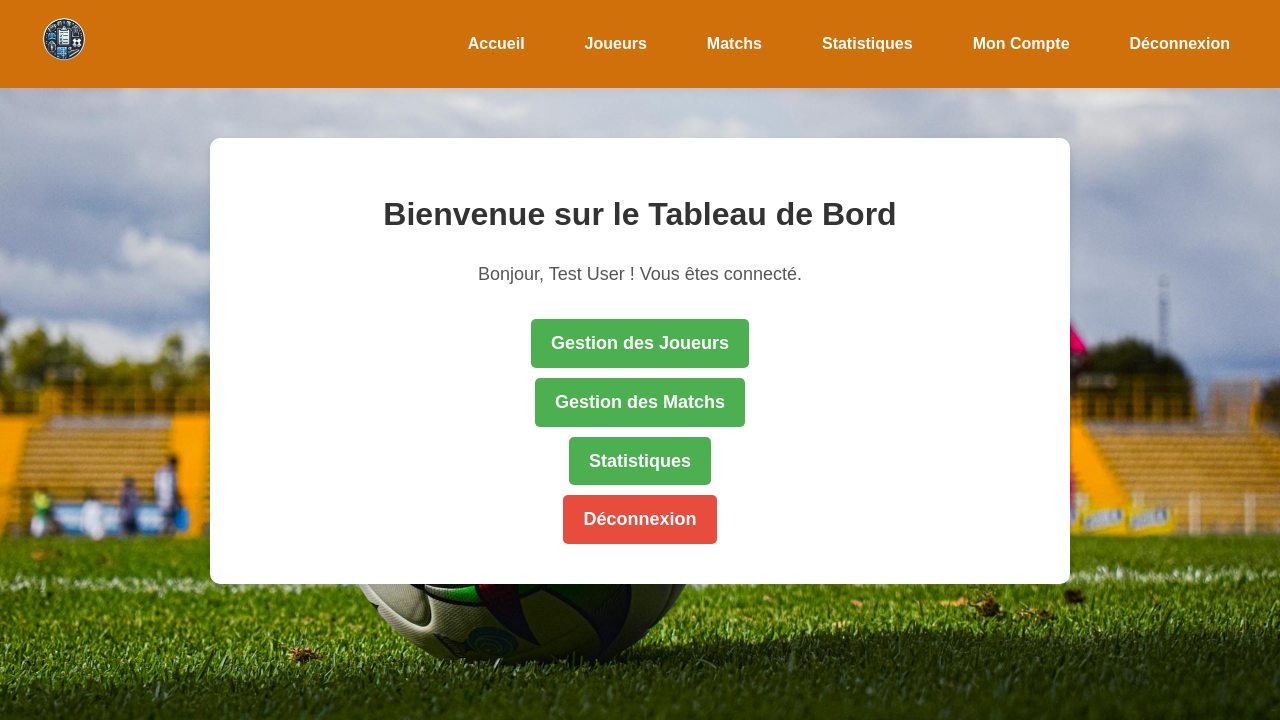
Repository: iisloomx/R401_MiniProjet
Page: http://localhost/views/dashboard.php
These files come from the project's save history. The page is drawn as it stood at one moment and after the next save; the edit follows.
The browser window is 1280 px wide. The pictures show the whole page.
The page is run by PHP 8.4 with error messages shown; the project is at /var/www/html/. The session is filled in as if someone had signed in: {"id_utilisateur": 1, "utilisateur": "Test User"}. Other server files are loaded and not shown.

Above is the page before, as saved 2025-01-19 04:17:24.

### views/dashboard.php
<?php
session_start(); // Démarrez la session au début du fichier

if (!isset($_SESSION['utilisateur'])) {
    header("Location: connexion.php");
    exit();
}

include 'header.php';
?>

<!DOCTYPE html>
<html lang="fr">

<head>
    <meta charset="UTF-8">
    <title>Tableau de Bord</title>
    <link rel="stylesheet" href="css/dashboard_style.css">
</head>

<body>
    <div class="table-container">
        <div class="dashboard-container">
            <h1>Bienvenue sur le Tableau de Bord</h1>
            <?php if (isset($_SESSION['utilisateur'])) : ?>
                <p>Bonjour, <?= htmlspecialchars($_SESSION['utilisateur']); ?> ! Vous êtes connecté.</p>
            <?php else : ?>
                <p>Erreur : Utilisateur non connecté.</p>
            <?php endif; ?>

            <nav>
                <ul>
                    <li><a href="../controllers/JoueursController.php?action=liste">Gestion des Joueurs</a></li>
                    <li><a href="../controllers/MatchsController.php?action=liste">Gestion des Matchs</a></li>
                    <li><a href="../controllers/StatistiquesController.php?action=index">Statistiques</a></li> <!-- Nouveau bouton -->
                    <li><a href="../controllers/DeconnexionController.php" class="deconnexion">Déconnexion</a></li>
                </ul>
            </nav>
        </div>
    </div>
</body>

</html>

<?php include 'footer.php'; ?>

### views/header.php
<!DOCTYPE html>
<html lang="fr">
<head>
    <meta charset="UTF-8">
    <title>Tableau de Bord</title>
    <link rel="stylesheet" href="/MiniprojetR3.01/views/css/style.css">

</head>
<body>
    <header class="main-header">
        <div class="logo">
            <a href="/MiniprojetR3.01/views/dashboard.php"><img src="../img/logo.PNG" alt="Logo" /></a>
        </div>

        <nav class="nav-links">
            <a href="/MiniprojetR3.01/views/dashboard.php">Accueil</a>
            <?php if (isset($_SESSION['utilisateur'])) : ?>

                    <a href="../controllers/JoueursController.php?action=liste">Joueurs</a>
                    <a href="../controllers/MatchsController.php?action=liste  ">Matchs</a>
                    <a href="../controllers/StatistiquesController.php?action=index">Statistiques</a>

                <a href="/MiniprojetR3.01/views/mon_compte.php" class="btn-account">Mon Compte</a>
                <a href="/MiniprojetR3.01/controllers/DeconnexionController.php" class="btn-logout">Déconnexion</a>
            <?php endif; ?>
        </nav>
    </header>
</body>
</html>

### views/css/style.css
/* Global Styles */
body {
    background: url('../img/BGROUND.jpg') no-repeat center center fixed;
    background-size: cover;
    font-family: Arial, sans-serif;
    margin: 0;
    padding: 0;
    line-height: 1.6;
    color: #333;
}

/* Header Styles */
.main-header {
    display: flex;
    align-items: center;
    justify-content: space-between;
    background-color: #cf700b;
    padding: 15px 30px;
    color: #fff;
    box-shadow: 0 4px 8px rgba(216, 117, 12, 0.1);
    position: sticky;
    top: 0;
    z-index: 1000;
}

.dropdown {
    position: relative;
    display: inline-block;
}

.dropdown-content {
    display: none;
    position: absolute;
    background-color: #f9f9f9;
    min-width: 160px;
    box-shadow: 0px 8px 16px 0px rgba(0,0,0,0.2);
    z-index: 1;
}

.dropdown-content a {
    color: black;
    padding: 12px 16px;
    text-decoration: none;
    display: block;
}



.logo img {
    height: 50px;
}

.nav-links {
    display: flex;
    align-items: center;
}

.nav-links a {
    color: #fff;
    text-decoration: none;
    font-weight: bold;
    margin-left: 20px;
    padding: 10px 20px;
    border-radius: 5px;
    transition: background-color 0.3s ease, color 0.3s ease, transform 0.2s ease;
}

.nav-links a:hover {
    background-color: #f4a261;
    color: #333;
    transform: scale(1.05);
}

.table-container {
    max-width: 800px;
    margin: 50px auto;
    background-color: #fff;
    padding: 30px;
    border-radius: 10px;
    box-shadow: 0 4px 8px rgba(0,0,0,0.1);
    text-align: center;
}

/* Container Styles */
.container {
    max-width: 800px;
    margin: 50px auto;
    padding: 30px;
    background-color: #fff;
    border-radius: 10px;
    box-shadow: 0 4px 8px rgba(0, 0, 0, 0.1);
    text-align: center;
}

/* Page Titles */
.container h1 {
    font-size: 32px;
    color: #333;
    margin-bottom: 20px;
}

/* --- AJOUT : Style du bouton "Ajouter un Match" --- */
.btn-add-match {
    display: inline-block;
    background-color: #4CAF50;
    color: #fff;
    font-weight: bold;
    text-decoration: none;
    padding: 10px 20px;
    border-radius: 5px;
    margin: 0 auto 20px auto;
    transition: background-color 0.3s ease, transform 0.2s ease;
}

.btn-add-match:hover {
    background-color: #45a049;
    transform: scale(1.05);
}

/* Pour forcer la couleur même si lien "visité" */
.btn-add-match:visited {
    color: #fff;
}

/* Forms */
form {
    width: 100%;
    max-width: 500px;
    margin: 0 auto;
    text-align: left;
}

form label {
    font-size: 16px;
    font-weight: bold;
    color: #555;
    display: block;
    margin-bottom: 5px;
}

form input[type="text"],
form input[type="number"],
form input[type="date"],
form input[type="password"],
form select {
    width: 100%;
    padding: 10px;
    margin-bottom: 20px;
    border: 1px solid #ccc;
    border-radius: 5px;
    font-size: 16px;
    transition: border-color 0.3s ease, box-shadow 0.3s ease;
}

form input[type="text"]:focus,
form input[type="number"]:focus,
form input[type="date"]:focus,
form input[type="password"]:focus {
    border-color: #4CAF50;
    box-shadow: 0 0 8px rgba(76, 175, 80, 0.5);
    outline: none;
}

form button {
    width: 100%;
    padding: 15px;
    background-color: #4CAF50;
    border: none;
    border-radius: 5px;
    color: white;
    font-size: 18px;
    font-weight: bold;
    cursor: pointer;
    transition: background-color 0.3s ease, transform 0.2s ease;
}

form button:hover {
    background-color: #45a049;
    transform: scale(1.05);
}


/* Table Styles */
.styled-table {
    width: 100%;
    border-collapse: collapse;
    margin-top: 20px;
    font-size: 16px;
    text-align: left; /* Changed from center to left */
    table-layout: fixed; /* Added to fix table layout */
}

.styled-table th,
.styled-table td {
    padding: 15px;
    border: 1px solid #ddd;
    word-wrap: break-word;
    white-space: normal;
}

.styled-table th {
    background-color: #f4a261;
    color: white;
    font-weight: bold;
}

.styled-table tr:nth-child(even) {
    background-color: #f9f9f9;
}

.styled-table tr:hover {
    background-color: #f1f1f1;
}

/* Links in Table */
.styled-table a {
    text-decoration: none;
    font-weight: bold;
    color: #fff;
    padding: 5px 10px;
    border-radius: 5px;
    transition: background-color 0.3s ease, color 0.3s ease, transform 0.2s ease;
}

.styled-table a:hover {
    background-color: #4CAF50;
    color: white;
    transform: scale(1.05);
}

/* Buttons for Add/Edit/Delete */
.btn {
    display: inline-block;
    padding: 10px 20px;
    font-size: 16px;
    font-weight: bold;
    color: white;
    text-decoration: none;
    border-radius: 5px;
    margin: 10px 5px;
    transition: background-color 0.3s ease, transform 0.2s ease;
}

.btn:hover {
    transform: scale(1.05);
}

.btn-add {
    background-color: #4CAF50; /* Green */
}

.btn-add:hover {
    background-color: #45a049;
}

.btn-add-commentaire {
    background-color: #4CAF50; /* Green */
}

.btn-add-commentaire:hover {
    background-color: #45a049;
}

.btn-add-joueur {
    background-color: #4CAF50; /* Green */
}

.btn-add-joueur:hover {
    background-color: #45a049;

.btn-feuille {
    background-color: #d6d65b; /* Green */
}

.btn-feuille:hover {
    background-color: #b2b24e; /* Green */
}

.btn-edit {
    background-color: #3498db; /* Blue */
}

.btn-edit:hover {
    background-color: #2980b9;
}

.btn-delete {
    background-color: #e74c3c; /* Red */
}

.btn-delete:hover {
    background-color: #c0392b;
}

.btn-back {
    background-color: #9b59b6; /* Purple */
}

.btn-back:hover {
    background-color: #8e44ad;
}


/* Footer Styles */
.main-footer {
    display: flex;
    align-items: center;
    justify-content: center;
    background-color: #cf700b;
    padding: 15px 30px;
    color: #fff;
    height: 60px;
    margin-top: 50px;
}

/* Footer Links */
.footer-links a {
    color: #fff;
    text-decoration: none;
    font-weight: bold;
}

.footer-links a:hover {
    text-decoration: underline;
}

/* Form Error Message */
.error-message {
    color: red;
    font-size: 16px;
    margin-bottom: 15px;
    text-align: center;
}

/* Responsive Styles */
@media (max-width: 600px) {
    .container {
        width: 90%;
        margin: 20px auto;
        padding: 20px;
    }

    .styled-table {
        font-size: 14px;
    }

    form input,
    form button {
        font-size: 14px;
    }
}

/* Link to Create Account */
.create-account-link {
    color: #4CAF50;
    font-weight: bold;
    text-decoration: none;
    margin-top: 20px;
    display: inline-block;
    transition: color 0.3s ease, transform 0.2s ease;
}

.create-account-link:hover {
    color: #45a049;
    text-decoration: underline;
    transform: scale(1.05);
}

.create-account-container {
    text-align: center;
    margin-top: 20px;
    font-size: 16px;
    color: #333;
}

.form-container h2 {
    font-size: 28px;
    margin-bottom: 20px;
    color: #333;
    text-align: center;
}

/* Dashboard Container */
.dashboard-container {
    text-align: center;
    margin-top: 50px;
    padding: 30px;
    background-color: #fff;
    border-radius: 10px;
    box-shadow: 0 4px 8px rgba(0, 0, 0, 0.1);
    max-width: 600px;
    margin-left: auto;
    margin-right: auto;
}

/* Dashboard Title */
.dashboard-container h1 {
    font-size: 32px;
    color: #333;
    margin-bottom: 20px;
}

/* Dashboard Paragraph */
.dashboard-container p {
    font-size: 18px;
    color: #555;
    margin-bottom: 30px;
}

/* Navigation Links */
.dashboard-container nav ul {
    list-style: none;
    padding: 0;
    margin: 0;
}

.dashboard-container nav ul li {
    margin: 10px 0;
}

.dashboard-container nav ul li a {
    display: inline-block;
    font-size: 18px;
    font-weight: bold;
    text-decoration: none;
    color: #fff;
    background-color: #4CAF50;
    padding: 10px 20px;
    border-radius: 5px;
    transition: background-color 0.3s ease, transform 0.2s ease;
}

.dashboard-container nav ul li a:hover {
    background-color: #45a049;
    transform: scale(1.05);
}

/* Déconnexion Button */
.dashboard-container nav ul li a.deconnexion {
    background-color: #e74c3c;
}

.dashboard-container nav ul li a.deconnexion:hover {
    background-color: #c0392b;
}

/* Styles pour les boutons radio et leurs labels */
.radio-group {
    display: flex;
    flex-wrap: wrap;
    gap: 10px;
    margin-top: 10px;
}

.radio-group label {
    display: inline-flex;
    align-items: center;
    font-size: 16px;
    color: #555;
    cursor: pointer;
    margin-right: 15px;
}

.radio-group input[type="radio"] {
    margin-right: 5px;
    cursor: pointer;
    width: 16px;
    height: 16px;
    vertical-align: middle;
}

.error-message {
    color: red;
    font-size: 14px;
    margin-top: 10px;
}

.success-message {
    color: green;
    font-size: 14px;
    margin-top: 10px;
}

.no-data {
    color: #555;
    font-size: 16px;
    margin-top: 20px;
}

}

### views/css/dashboard_style.css
/* Dashboard Title */
.dashboard-container h1 {
    font-size: 32px;
    color: #333;
    margin-bottom: 20px;
}

/* Dashboard Paragraph */
.dashboard-container p {
    font-size: 18px;
    color: #555;
    margin-bottom: 30px;
}

/* Navigation Links */
.dashboard-container nav ul {
    list-style: none;
    padding: 0;
    margin: 0;
}

.dashboard-container nav ul li {
    margin: 10px 0;
}

.dashboard-container nav ul li a {
    display: inline-block;
    font-size: 18px;
    font-weight: bold;
    text-decoration: none;
    color: #fff;
    background-color: #4CAF50;
    padding: 10px 20px;
    border-radius: 5px;
    transition: background-color 0.3s ease, transform 0.2s ease;
}

.dashboard-container nav ul li a:hover {
    background-color: #45a049;
    transform: scale(1.05);
}

/* Déconnexion Button */
.dashboard-container nav ul li a.deconnexion {
    background-color: #e74c3c;
}

.dashboard-container nav ul li a.deconnexion:hover {
    background-color: #c0392b;
}

/* Container Styles */
.container {
    max-width: 800px;
    margin: 50px auto;
    padding: 30px;
    background-color: #fff;
    border-radius: 10px;
    box-shadow: 0 4px 8px rgba(0, 0, 0, 0.1);
    text-align: center;
}

/* Page Titles */
.container h1 {
    font-size: 32px;
    color: #333;
    margin-bottom: 20px;
}


.table-container {
    max-width: 800px;
    margin: 50px auto;
    background-color: #fff;
    padding: 30px;
    border-radius: 10px;
    box-shadow: 0 4px 8px rgba(0,0,0,0.1);
    text-align: center;
}

Loaded but not shown: views/footer.php (common file)

After the next save:
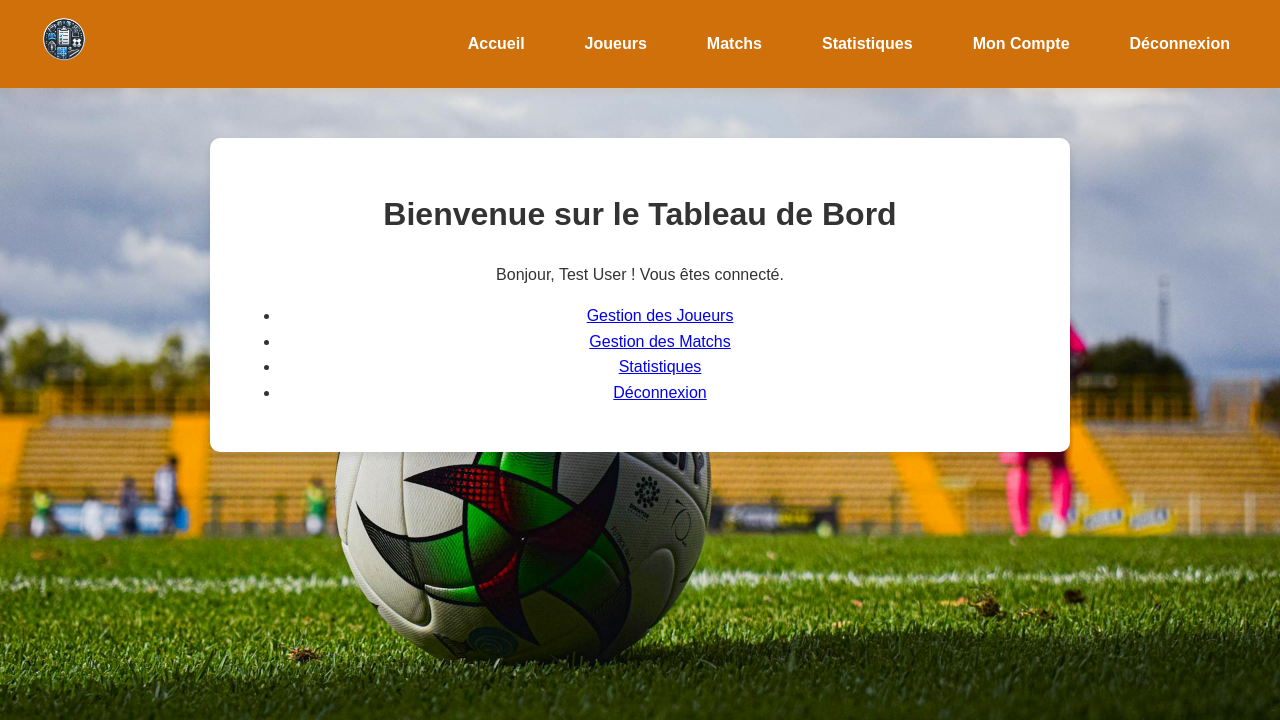
Saved 5 min 17 s later.
--- a/views/dashboard.php
+++ b/views/dashboard.php
@@ -15,7 +15,7 @@
 <head>
     <meta charset="UTF-8">
     <title>Tableau de Bord</title>
-    <link rel="stylesheet" href="css/dashboard_style.css">
+    <link rel="stylesheet" href="css/style.css">
 </head>
 
 <body>
